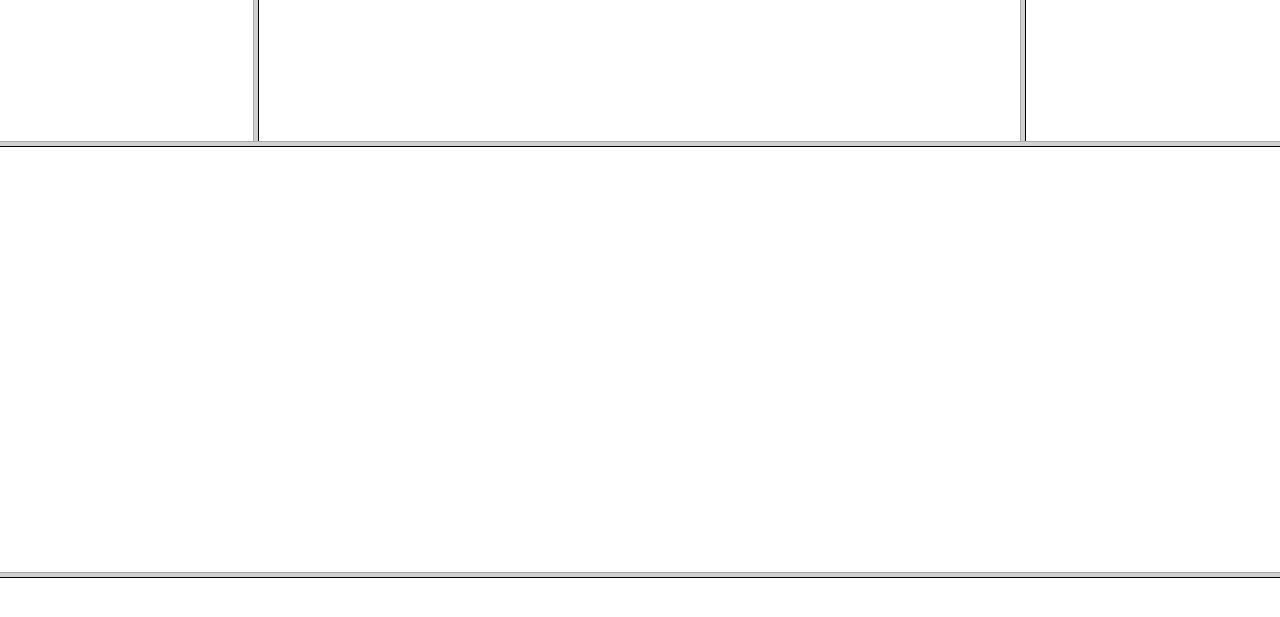
Repository: paul2oh/hellowjava
Page: workspace/javastart_svn/src/javastart/WebContent/clientPrg/a01_html/h01_frame.html
An editor plug-in stored every save of this project. The page is shown before and after the next save, followed by the edit.
The browser window is 1280 px wide. The pictures show the whole page.

Above is the page before, as saved 2017-01-04 09:30:38.

### workspace/javastart_svn/src/javastart/WebContent/clientPrg/a01_html/h01_frame.html
<!DOCTYPE html>
<html>
<head>
<meta charset="UTF-8">
<title>Insert title here</title>
</head>
<frameset rows="20%,60%,20%">
<frameset cols="20%,60%,20%">
<frame />
<frame />
<frame />
</frameset>
<frame />
<frame />
</frameset>

</html>

After the next save:
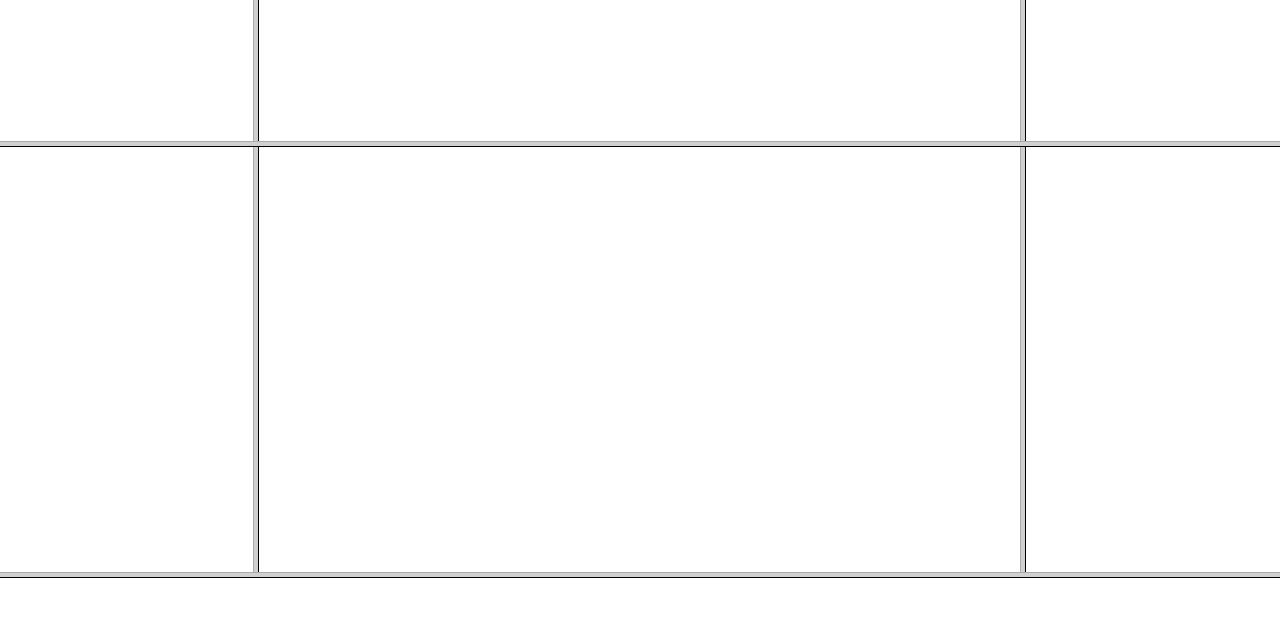
Saved 3 min 31 s later.
--- a/workspace/javastart_svn/src/javastart/WebContent/clientPrg/a01_html/h01_frame.html
+++ b/workspace/javastart_svn/src/javastart/WebContent/clientPrg/a01_html/h01_frame.html
@@ -10,7 +10,11 @@
 <frame />
 <frame />
 </frameset>
+<frameset cols="20%,60%,20%">
 <frame />
+<frame />
+<frame />
+</frameset>
 <frame />
 </frameset>
 
